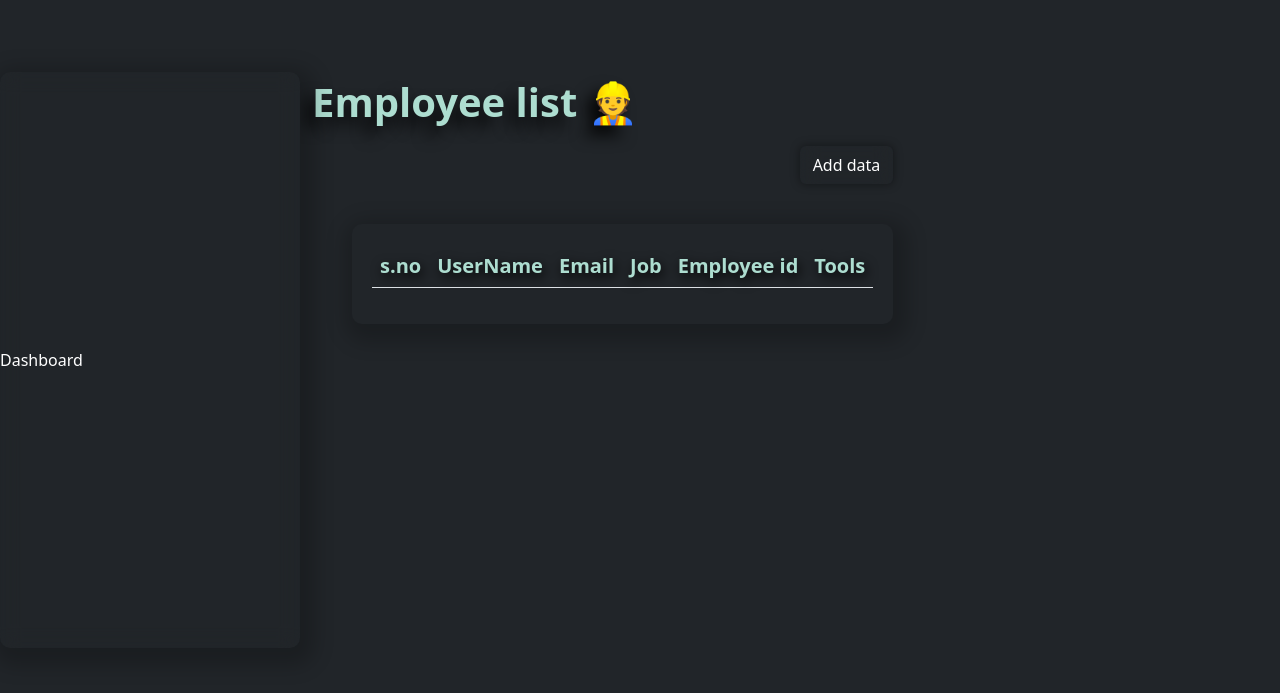
Repository: iamevs/Employee-Management-System
Page: /home (app in client/)
These files come from the project's save history. The page is drawn as it stood at one moment and after the next save; the edit follows.
The browser window is 1280 px wide. The pictures show the whole page.
The page's requests for data from a server got no answer. The project was rebuilt for these pictures with package versions that can differ from the ones it lists, and the page was loaded fresh each time. No one was signed in, and anything a server would have sent is missing. Also part of the build but not shown: client/vite.config.js, client/src/components/Register.jsx, client/src/components/Edit.jsx, client/src/components/Hero.jsx. Imported but missing from the stored project, and not drawn on this page: client/src/components/Details.

Above is the page before, as saved 2022-11-29 01:36:48.

After the next save:
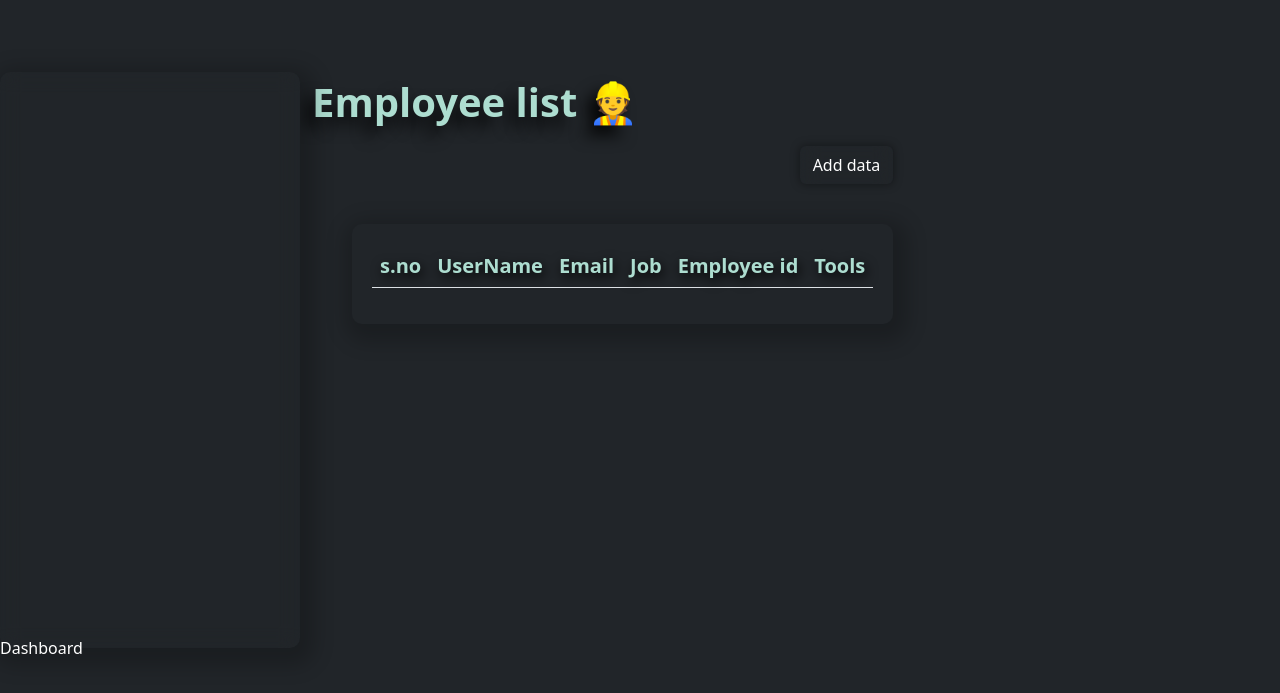
Saved 32 s later.
--- a/client/src/components/Navbar.jsx
+++ b/client/src/components/Navbar.jsx
@@ -55,7 +55,10 @@ const Navbar = () => {
             borderRadius: "10px",
             marginTop: "10vh"
         }}>
-            <Box>
+            <Box sx={{
+                position:"relative",
+                top: "50%",
+            }}>
                 Dashboard
             </Box>
         </Stack>
